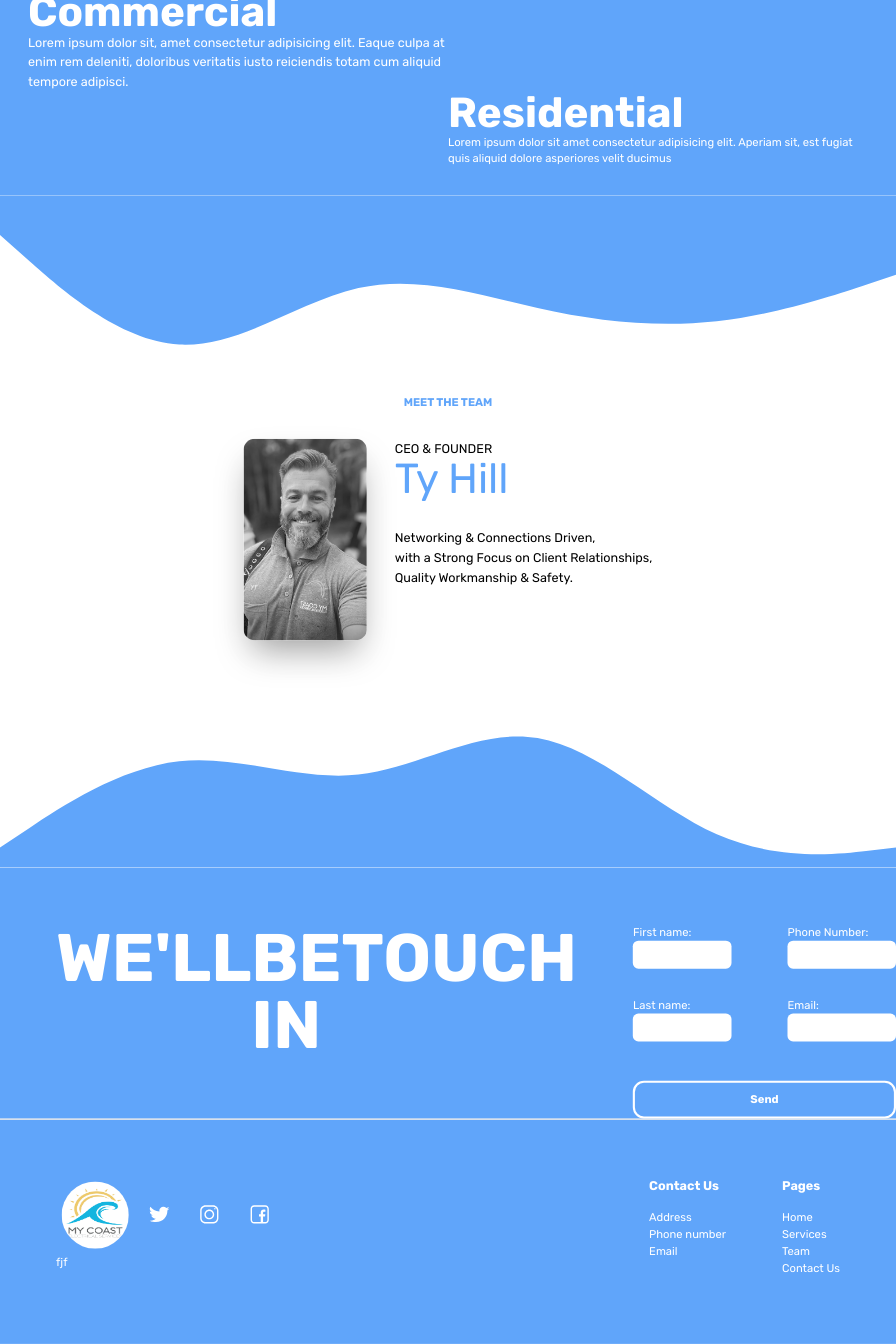
Repository: Jace-Kington/mce-website
Page: /
These files come from the project's save history. The page is drawn as it stood at one moment and after the next save; the edit follows.
The browser window is 1280 px wide. The pictures show the part of the page from y = 1287 to 3207 px (the page is 3207 px tall), at 70% of full size.
The project was rebuilt for these pictures with package versions that can differ from the ones it lists, and the page was loaded fresh each time. The framework's server and built-in components were replaced by stand-ins that run in the browser. Also part of the build but not shown: next.config.js.

Above is the page before, as saved 2022-11-12 14:25:26.

### pages/index.js

import Navbar from '../components/Navbar'
import Services from '../components/Services'
import MeetUs from '../components/Meet-us'
import ContactUs from '../components/ContactUs'
import Footer from '../components/Footer'

export default function Home() {
  return (
    <div>
      <head>
        <link rel="preconnect" href="https://fonts.googleapis.com"/>
        <link rel="preconnect" href="https://fonts.gstatic.com" crossorigin/>
        <link href="https://fonts.googleapis.com/css2?family=Rubik:ital,wght@0,400;0,500;0,700;0,900;1,800;1,900&display=swap" rel="stylesheet"/>
        <meta charset="UTF-8"/>
        <meta name="viewport" content="width=device-width, initial-scale=1.0, user-scalable=0"/>
        <title>My Coat Electrical</title>
      </head>
      <Navbar/>
      <Services/>
      <MeetUs/>
      <ContactUs/>
      <Footer/>
    </div>
  )
}

### styles/globals.css
@tailwind base;
@tailwind components;
@tailwind utilities;

* {
  font-family: 'Rubik';
}

### components/Navbar.jsx
import React from 'react'
import Image from 'next/image'
import image_2 from '../assets/logo-1.png'
import HamburgerMenu from './Hamburger'
import Link from 'next/link'

const Navbar = () => {
  return (
    <div className=''>
      <div className='flex justify-between items-center md:hidden'>
      <Image alt = "" src={image_2} className='rounded-full p-2 h-28 w-28' />

        <HamburgerMenu className = ''/>
      </div>

      <div className='md:flex hidden justify-between items-center ml-5 mr-5'>
        <Image alt = "" src={image_2} className='rounded-full p-2 h-28 w-28' />
        <div className='flex gap-10 items-center'>
          <a className='hover:text-blue-400 transition ease-in' href='#services-section'>
            Services
          </a>

          <a className='hover:text-blue-400 transition ease-in ' href="#meet-us">
            Team
          </a>

          <div className=''>
            <a className='bg-blue-400 hover:bg-blue-500 transition ease-in rounded-2xl p-3' href="#contact-us">
              <span className='text-white'>Enquire Now</span>
            </a>
          </div>

        </div>
      </div>

      <div className='sm:grid sm:grid-cols-2'>
        <div className='text-center sm:text-left text-blue-400 mt-12 ml-12'>
          <div className='text-5xl sm:text-7xl'>
            The Best
          </div>
          <strong className='text-5xl sm:text-7xl'>Trade Services</strong>
          <div className='text-5xl sm:text-7xl'>
            On the Sunny Coast
          </div>

          <div className='outline-rounded mt-12 bg-white'>
            <a  style = {{'border-width': '4px', 'border-color': '#60a5fa'}} className='rounded-2xl hover:bg-blue-400 hover:text-white transition p-4' href="#contact-us">
              Get Started
            </a>
          </div>
        </div>
        <div className='md:flex hidden'>
            <Image src={image_2} alt= ""/>
        </div>
      </div>
      <svg xmlns="http://www.w3.org/2000/svg" viewBox="0 0 1440 320"><path fill="#60a5fa" fill-opacity="1" d="M0,192L48,186.7C96,181,192,171,288,160C384,149,480,139,576,144C672,149,768,171,864,197.3C960,224,1056,256,1152,261.3C1248,267,1344,245,1392,234.7L1440,224L1440,320L1392,320C1344,320,1248,320,1152,320C1056,320,960,320,864,320C768,320,672,320,576,320C480,320,384,320,288,320C192,320,96,320,48,320L0,320Z"></path></svg>
    </div>
  )
}

export default Navbar

### components/Services.tsx
import React from 'react'

const Services = () => {
  return (
    <div id = 'services-section' className = 'bg-blue-400'>
        <div className = 'text-white text-center font-semibold text-lg uppercase underline-offset-1'>Our Services</div>
        <div className = 'grid grid-cols-2 m-10'>
            <div className = ''>
                <div className = 'text-white text-3xl sm:text-6xl font-bold'>Commercial</div>
                <div className = 'text-white text-lg'>Lorem ipsum dolor sit, amet consectetur adipisicing elit. Eaque culpa at enim rem deleniti, doloribus veritatis iusto reiciendis totam cum aliquid tempore adipisci. </div>
            </div>
            <div className = ''>

            </div>
            <div>

            </div>
            <div>
                <div className = 'text-white text-3xl sm:text-6xl font-bold'>Residential</div>
                <div className = 'text-white'>Lorem ipsum dolor sit amet consectetur adipisicing elit. Aperiam sit, est fugiat quis aliquid dolore asperiores velit ducimus </div>
            </div>
        </div>
        <svg className = 'bg-white' xmlns="http://www.w3.org/2000/svg" viewBox="0 0 1440 320">
        <path fill="#60a5fa" fill-opacity="1" d="M0,64L48,106.7C96,149,192,235,288,240C384,245,480,171,576,149.3C672,128,768,160,864,181.3C960,203,1056,213,1152,202.7C1248,192,1344,160,1392,144L1440,128L1440,0L1392,0C1344,0,1248,0,1152,0C1056,0,960,0,864,0C768,0,672,0,576,0C480,0,384,0,288,0C192,0,96,0,48,0L0,0Z"></path>
        </svg>
    </div>
  )
}

export default Services

### components/Meet-us.tsx
import React from 'react'
import Image from 'next/image'
import image_2 from '../assets/ty-photo.png'


const MeetUs = () => {
  return (
    <div id = "meet-us" className = 'max-w-[100%]'>
        <div className = 'text-blue-400 uppercase font-semibold text-center'>Meet the Team</div>

        <div className = 'justify-center flex gap-10 m-10'>
            <div>
              <Image alt = "" className = 'rounded-2xl shadow-2xl shadow-blue-400 grayscale h-72 w-44' src = {image_2}/>
            </div>
            <div>
                <div className = 'uppercase text-lg'>CEO & Founder</div>
                <div className = 'text-6xl text-blue-400 pb-10'>Ty Hill</div>
                <div className = 'text-lg'>
                  <div className = ''>Networking & Connections Driven, </div>
                  <div>with a Strong Focus on Client Relationships,</div>
                  <div>Quality Workmanship & Safety.</div>
                </div>

            </div>
        </div>

        <svg xmlns="http://www.w3.org/2000/svg" viewBox="0 0 1440 320"><path fill="#60a5fa" fill-opacity="1" d="M0,288L48,256C96,224,192,160,288,149.3C384,139,480,181,576,170.7C672,160,768,96,864,112C960,128,1056,224,1152,266.7C1248,309,1344,299,1392,293.3L1440,288L1440,320L1392,320C1344,320,1248,320,1152,320C1056,320,960,320,864,320C768,320,672,320,576,320C480,320,384,320,288,320C192,320,96,320,48,320L0,320Z"></path></svg>
    </div>
  )
}

export default MeetUs

### components/ContactUs.jsx
import React, { useRef } from 'react'
import emailjs from '@emailjs/browser'
import { ToastContainer, toast } from 'react-toastify'
import 'react-toastify/dist/ReactToastify.css'

const ContactUs = () => {
  const toast_success = () => { toast('Email Sent!'); }
  const toast_fail = () => { toast('Error'); }

  const form = useRef();

  const sendEmail = (e) => {
    e.preventDefault();

    emailjs.sendForm('service_16oy9kb', 'template_p83nfjr', form.current, '7jHtCbxop4BW2nz9r')
      .then((result) => {
          console.log(result.text);
          toast_success();
      }, (error) => {
          console.log(error.text);
          toast_fail();
      });
  };

  return (
    <div id = "contact-us" className = 'bg-blue-400'>
        <div className = 'sm:flex'>
          <div className = 'text-white uppercase font-semibold p-20 text-8xl md:flex hidden'>
              <div>We&apos;ll</div>
              <div>Be In</div>
              <div>Touch</div>
          </div>
          <form ref = {form} onSubmit = {sendEmail} className = 'pt-20'>
            <div className = 'flex gap-20 '>
              <div className = 'flex flex-col gap-10'>
                <div>
                  <label className = 'text-white' for="fname">First name:</label>
                  <input className = 'rounded-lg p-2 outline-1 outline-white w-full' type="text" id="fname" name="fname"/>
                </div>
                <div>
                  <label className = 'text-white' for="lname">Last name:</label>
                  <input className = 'rounded-lg p-2 outline-1 outline-white w-full' type="text" id="lname" name="lname"/>
                </div>
              </div>
              <div>
              <div className = 'flex flex-col gap-10'>
                <div>
                  <label className = 'text-white' for="phonenumber">Phone Number:</label>
                  <input className = 'rounded-lg p-2 outline-1 outline-white w-full' type="text" id="phonenumber" name="phonenumber"/>
                </div>
                <div>
                  <label className = 'text-white' for="email">Email:</label>
                  <input className = 'rounded-lg p-2 outline-1 outline-white w-full' type="text" id="email" name="email"/>
                </div>
              </div>
              </div>
            </div>

            <div>
              <button style = {{'border-width': '3px', 'border-color': 'white'}} className = 'text-center w-full p-3 rounded-2xl font-semibold hover:text-blue-400 text-white transition ease-in bg-blue-400 hover:bg-white mt-14'>Send</button>
              <ToastContainer
  position="top-right"
  autoClose={5000}
  hideProgressBar={true}
  newestOnTop={false}
  closeOnClick
  rtl={false}
  pauseOnFocusLoss
  draggable
  pauseOnHover
  toastStyle = {{'background-color': 'rgb(34 197 94)', 'color': 'white', 'border-radius': '1rem', 'padding': '15px'}}
  />
            </div>
          </form>
        </div>
      </div>
  )
}

export default ContactUs

### components/Footer.tsx
import React from 'react'
import image_2 from '../assets/logo-1.png'
import Image from 'next/image'

const Footer = () => {
  return (
    <div className = 'border-t-2 border-gray pb-4 bg-blue-400'>
        <div className = 'flex justify-between text-white p-20'>
            <div className = ''>
                <div className = 'flex items-center gap-5'>
                <Image alt = "" src= {image_2} className = 'items-start rounded-full p-2 h-28 w-28'/>

                <div className = 'flex gap-10 text-white'>
                    <svg fill="#fff" xmlns="http://www.w3.org/2000/svg"  viewBox="0 0 16 16" width="32px" height="32px"><path d="M 15 3.296875 C 14.476563 3.523438 13.949219 3.691406 13.367188 3.746094 C 13.949219 3.410156 14.417969 2.84375 14.648438 2.226563 C 14.066406 2.5625 13.484375 2.789063 12.84375 2.902344 C 12.257813 2.339844 11.5 2 10.683594 2 C 9.109375 2 7.824219 3.242188 7.824219 4.765625 C 7.824219 4.988281 7.824219 5.214844 7.882813 5.386719 C 4.875 5.386719 2.8125 3.691406 1.414063 2 C 1.121094 2.394531 1.003906 2.902344 1.003906 3.410156 C 1.003906 4.367188 1.53125 5.214844 2.289063 5.722656 C 1.820313 5.667969 1.355469 5.554688 1.003906 5.386719 C 1.003906 5.386719 1.003906 5.386719 1.003906 5.441406 C 1.003906 6.796875 1.996094 7.921875 3.28125 8.148438 C 3.046875 8.203125 2.8125 8.261719 2.519531 8.261719 C 2.347656 8.261719 2.171875 8.261719 1.996094 8.207031 C 2.347656 9.335938 3.976563 10.632813 5.257813 10.632813 C 4.265625 11.363281 3.34375 12 1.5 12 C 1.265625 12 1.453125 12 1 12 C 2.28125 12.789063 3.800781 13 5.375 13 C 10.683594 13 13.542969 8.769531 13.542969 5.101563 C 13.542969 4.988281 13.542969 4.878906 13.542969 4.765625 C 14.125 4.367188 14.59375 3.863281 15 3.296875"/></svg>
                    <svg fill="#fff" xmlns="http://www.w3.org/2000/svg"  viewBox="0 0 16 16" width="32px" height="32px"><path d="M 4.773438 1 C 2.695313 1 1 2.695313 1 4.773438 L 1 10.230469 C 1 12.304688 2.695313 14 4.773438 14 L 10.230469 14 C 12.304688 14 14 12.304688 14 10.226563 L 14 4.773438 C 14 2.695313 12.304688 1 10.226563 1 Z M 4.773438 2 L 10.226563 2 C 11.765625 2 13 3.234375 13 4.773438 L 13 10.226563 C 13 11.765625 11.765625 13 10.230469 13 L 4.773438 13 C 3.234375 13 2 11.765625 2 10.230469 L 2 4.773438 C 2 3.234375 3.234375 2 4.773438 2 Z M 11.5 3 C 11.222656 3 11 3.222656 11 3.5 C 11 3.777344 11.222656 4 11.5 4 C 11.777344 4 12 3.777344 12 3.5 C 12 3.222656 11.777344 3 11.5 3 Z M 7.5 4 C 5.574219 4 4 5.574219 4 7.5 C 4 9.425781 5.574219 11 7.5 11 C 9.425781 11 11 9.425781 11 7.5 C 11 5.574219 9.425781 4 7.5 4 Z M 7.5 5 C 8.886719 5 10 6.113281 10 7.5 C 10 8.886719 8.886719 10 7.5 10 C 6.113281 10 5 8.886719 5 7.5 C 5 6.113281 6.113281 5 7.5 5 Z"/></svg>
                    <svg fill="#fff" xmlns="http://www.w3.org/2000/svg"  viewBox="0 0 16 16" width="32px" height="32px"><path d="M 3.5 1 C 2.1250151 1 1 2.1250151 1 3.5 L 1 11.5 C 1 12.874985 2.1250151 14 3.5 14 L 11.5 14 C 12.874985 14 14 12.874985 14 11.5 L 14 3.5 C 14 2.1250151 12.874985 1 11.5 1 L 3.5 1 z M 3.5 2 L 11.5 2 C 12.335015 2 13 2.6649849 13 3.5 L 13 11.5 C 13 12.335015 12.335015 13 11.5 13 L 9.9042969 13 L 9.9042969 8.9667969 L 11.300781 8.9667969 L 11.509766 7.3574219 L 9.9042969 7.3574219 L 9.9042969 6.3320312 C 9.9042969 5.8660312 10.034031 5.5488281 10.707031 5.5488281 L 11.566406 5.5488281 L 11.566406 4.109375 C 11.417406 4.089375 10.907453 4.046875 10.314453 4.046875 C 9.0764531 4.046875 8.2304688 4.795875 8.2304688 6.171875 L 8.2304688 7.3574219 L 7 7.3535156 L 7 8.9628906 L 8.2304688 8.9667969 L 8.2304688 13 L 3.5 13 C 2.6649849 13 2 12.335015 2 11.5 L 2 3.5 C 2 2.6649849 2.6649849 2 3.5 2 z"/></svg>
                </div>
                </div>


                <div className = ''>
                    <div>fjf</div>
                </div>
            </div>

            <div className='flex gap-20'>
                <div className = ''>
                    <div className = 'text-lg font-bold pb-5'>
                        Contact Us
                    </div>
                    <div>
                        Address
                    </div>
                    <div>
                        Phone number
                    </div>
                    <div>
                        Email
                    </div>
                </div>

                <div>
                    <div className = 'text-lg font-bold pb-5'>
                        Pages
                    </div>

                    <div>
                        Home
                    </div>
                    <div>
                        Services
                    </div>
                    <div>
                        Team
                    </div>
                    <div>
                        Contact Us
                    </div>
                </div>
            </div>
        </div>
    </div>
  )
}

export default Footer

### components/Hamburger.jsx
import Link from 'next/link'
import { slide as Menu } from 'react-burger-menu'

const HamburgerMenu = () => (<div className='relative p-2'>
    <Menu customBurgerIcon={<HamburgerIcon />} width={'auto'} className='left-0 top-12' >
        <Links />
    </Menu>
</div>)

const HamburgerIcon = () => (<div className='p-1/2'><svg className="w-8 h-8 text-gray-500" fill="none" strokeLinecap="round" strokeLinejoin="round" strokeWidth="2" viewBox="0 0 24 24" stroke="currentColor"><path d="M4 6h16M4 12h16M4 18h16"></path></svg></div>)

export const Links = () => (<>
    <Link href="/">Home</Link>
    <Link href="/about">About</Link>
</>)

export default HamburgerMenu

Loaded but not shown: pages/_app.js (common file); tailwind.config.js (common file)

After the next save:
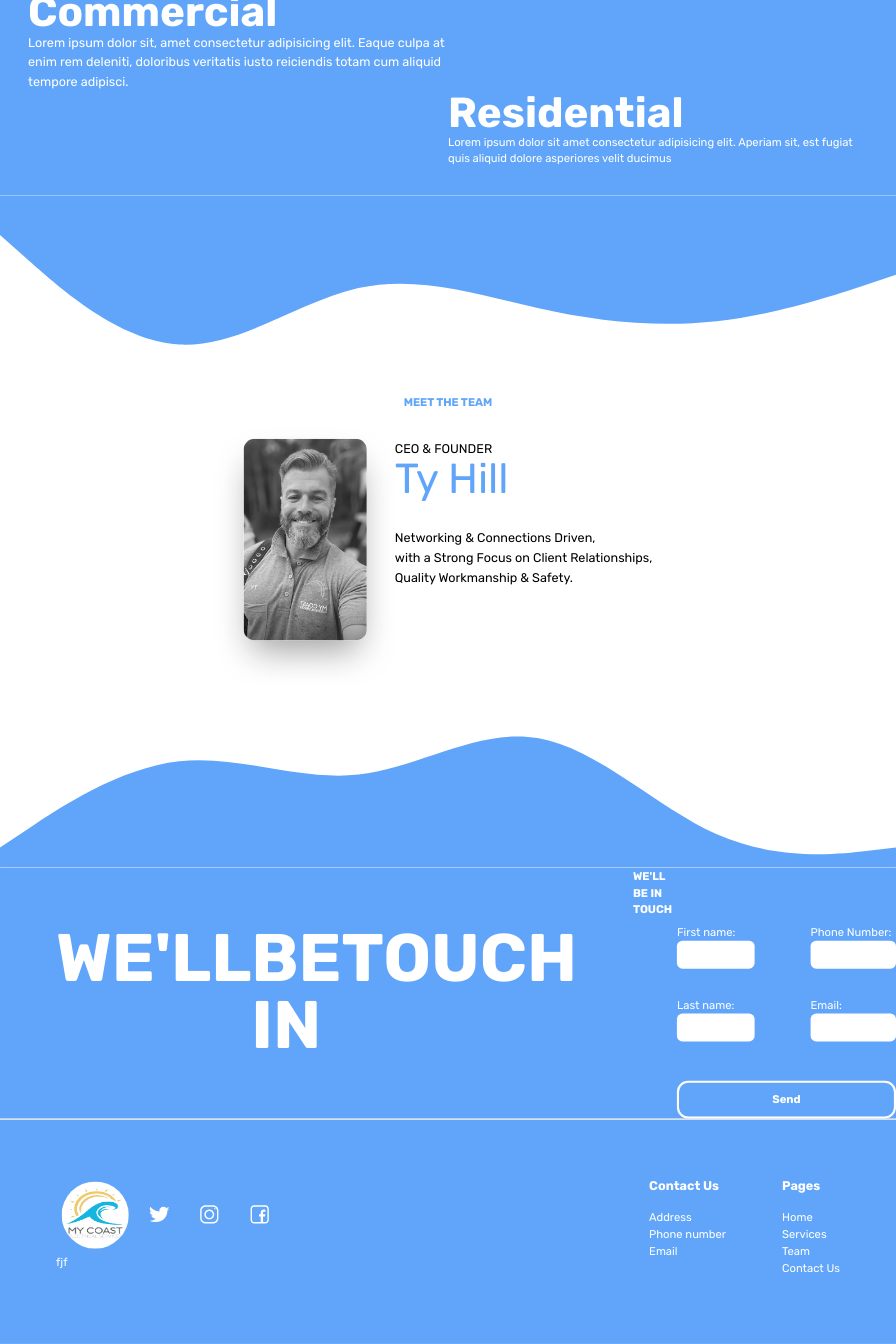
Saved 32 s later.
--- a/components/ContactUs.jsx
+++ b/components/ContactUs.jsx
@@ -29,6 +29,9 @@
               <div>We&apos;ll</div>
               <div>Be In</div>
               <div>Touch</div>
+          </div>
+          <div className='text-white uppercase font-semibold'>
+            We'll Be in Touch
           </div>
           <form ref = {form} onSubmit = {sendEmail} className = 'pt-20'>
             <div className = 'flex gap-20 '>

After the 3 saves that followed:
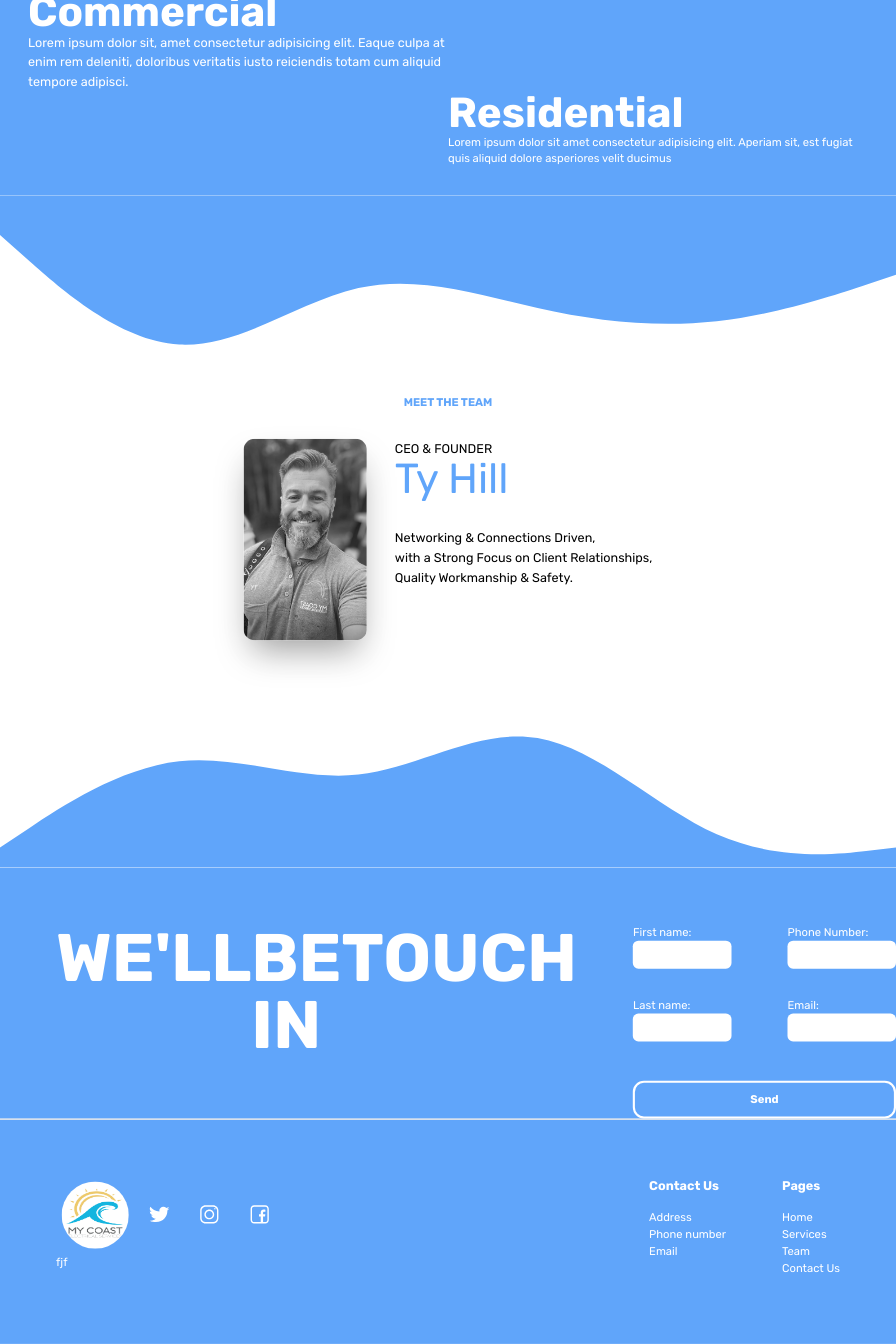
The 3 saves are shown as one change because 2 left the picture as it was.
The last was saved 65 s later.
--- a/components/ContactUs.jsx
+++ b/components/ContactUs.jsx
@@ -30,7 +30,7 @@
               <div>Be In</div>
               <div>Touch</div>
           </div>
-          <div className='text-white uppercase font-semibold'>
+          <div className='text-white uppercase font-semibold md:hidden'>
             We'll Be in Touch
           </div>
           <form ref = {form} onSubmit = {sendEmail} className = 'pt-20'>
